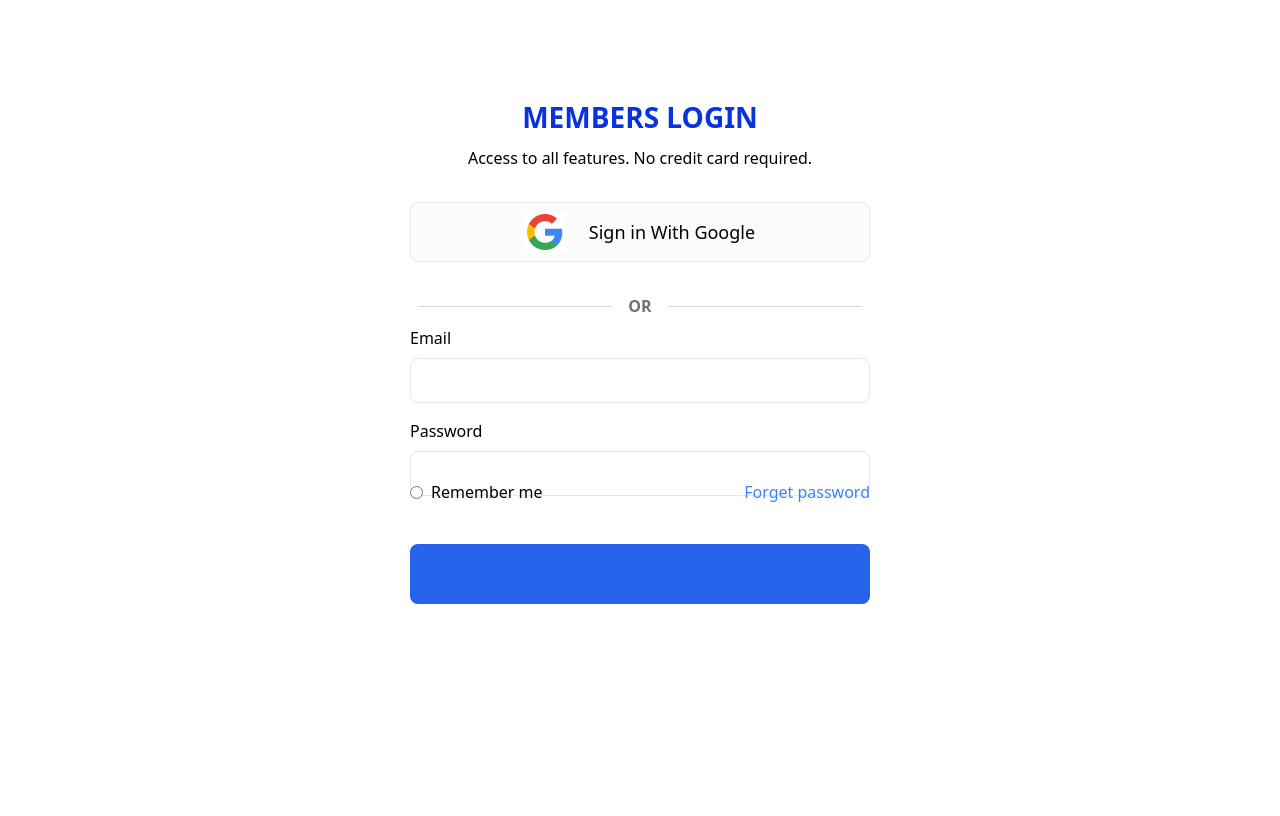
Repository: MaramMaryam/login
Page: login.html
The author's editor kept a copy of each file at every save. The page is drawn from the files as they stood at one save, then again after the next save.
The browser window is 1280 px wide. The pictures show the whole page.
Some web libraries are served in a nearby version.

Above is the page before, as saved 2023-06-29 11:52:56.

After the next save:
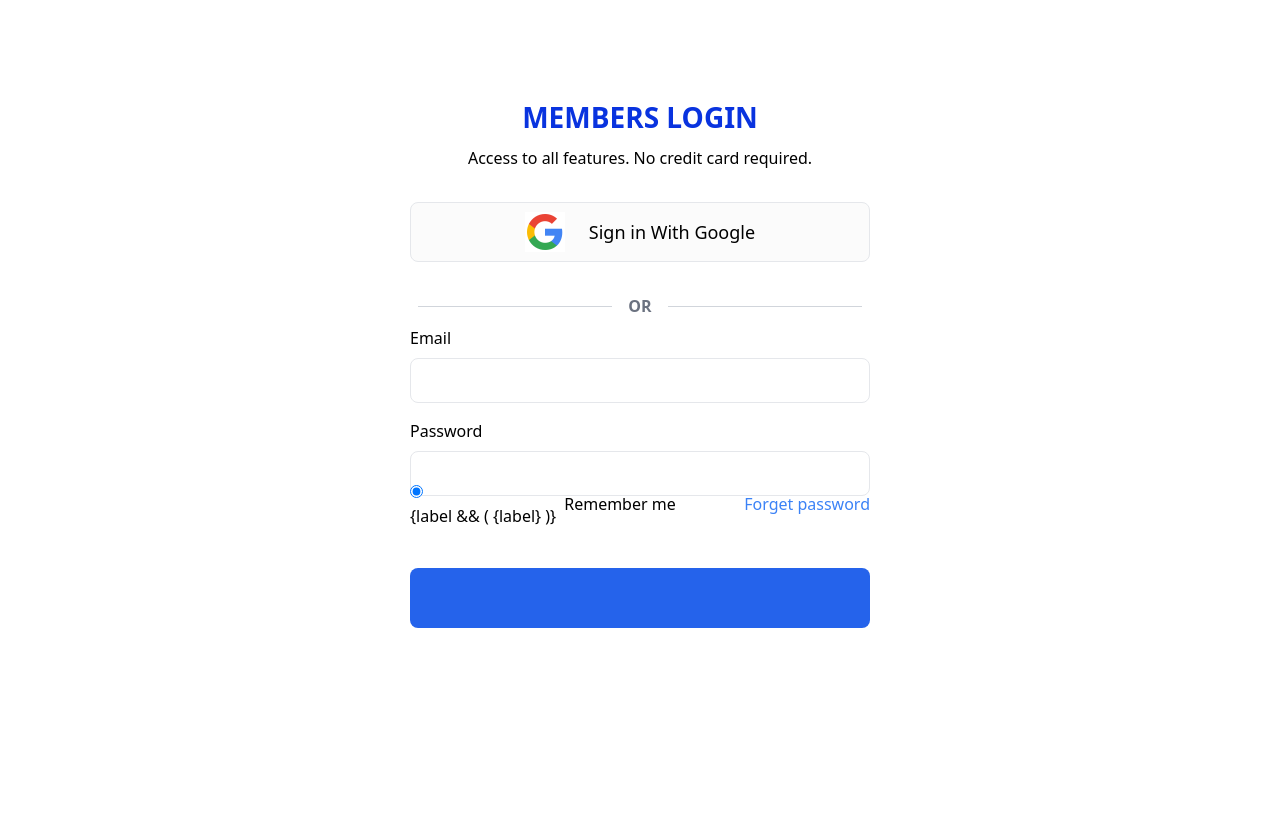
Saved 60 s later.
--- a/login.html
+++ b/login.html
@@ -61,7 +61,30 @@
             </div>
             <div class="flex items-center justify-between my-2">
                 <label class="flex items-center cursor-pointer">
-                    <input type="radio" class="form-radio" name="rememberMe" />
+                    <div className={`flex items-center`}>
+                        <div
+                            onClick={onClick}
+                            className={`cursor-pointer outline-none w-[24px] h-[24px] border border-alto-main p-[2px] ${
+                                shape === "square" ? "rounded-[8px]" : "rounded-[100%]"
+                            } ${className}`}
+                        >
+                            <div
+                                className={`w-full h-full ${
+                                    shape === "square" ? "rounded-[4px]" : "rounded-[100%]"
+                                } ${checked ? "bg-[#3F8BEE]" : "bg-transparent"} `}
+                            >
+                                <input className="hidden" type="radio" checked={checked} />
+                            </div>
+                        </div>
+                        {label && (
+                            <label
+                                htmlFor="radio-button"
+                                className={`ml-2 text-[14px] font-n`}
+                            >
+                                {label}
+                            </label>
+                        )}
+                    </div>
                     <span class="ml-2">Remember me</span>
                 </label>
                 <a href="/" class="text-blue-500">
